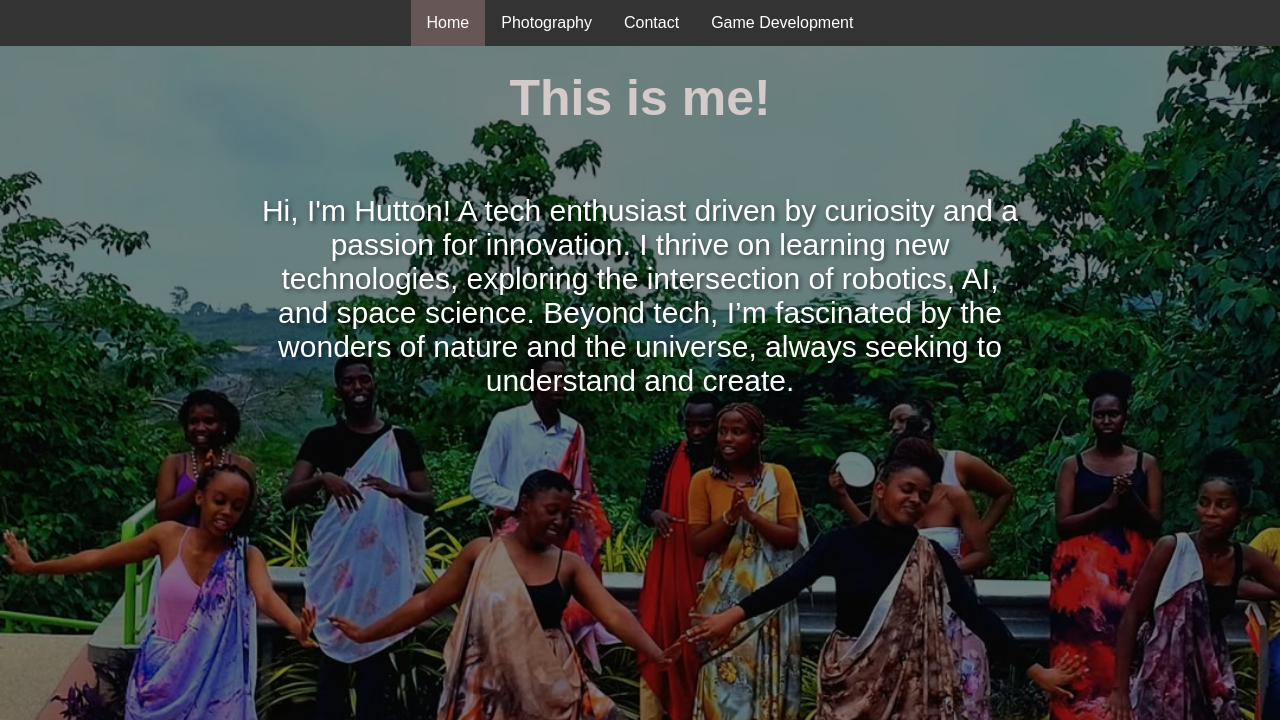
Repository: Argivist/ArgPortfolio
Page: index.html
An editor plug-in stored every save of this project. The page is shown before and after the next save, followed by the edit.
The browser window is 1280 px wide. The pictures show the whole page.

Above is the page before, as saved 2025-03-28 18:43:59.

### index.html
<!DOCTYPE html>
<html lang="en">

<head>
    <meta charset="UTF-8">
    <meta name="viewport" content="width=device-width, initial-scale=1.0">
    <link rel="stylesheet" href="css/styles.css">
    <link rel="stylesheet" href="css/nav.css">
    <link rel="stylesheet" href="css/home.css">

    <title>Hutton Amison-Addy</title>

    <style>
        body{
            background-color: #f0f0f0;
            font-family: 'Arial', sans-serif;
        }
    </style>
</head>

<body>
    <nav>
        <ul>
            <li class="nav-content active active-text"><a href="index.html">Home</a></li>
            <li class="nav-content"><a href="https://www.instagram.com/theworldinoneseye/">Photography</a></li>

            <li class="dropdown nav-content">
                <a href="contact.html">Contact</a>
                <ul class="dropdown-content">
                    <li><a href="https://www.linkedin.com/in/hutton-amison-addy-7b1b3b1b1/">LinkedIn</a></li>
                    <li><a href="https://www.github.com/Argivist">GitHub</a></li>
                    <li><a href="mailto:hutton.amison@ashesi.edu.gh">hutton.amison@ashesi.edu.gh</a></li>
                    <li><a href="mailto:huttonaaddy.public@gmail.com">huttonaaddy.public@gmail.com</a></li>
                </ul>
            </li>

            <li class="dropdown nav-content">
                <a href="#">Game Development</a>
                <ul class="dropdown-content">
                    <li><a href="game/index.html">Game Development Projects</a></li>
                    <li><a href="blender/index.html">Blender</a></li>
                </ul>
            </li>
        </ul>
    </nav>
    <div class="padding">
    </div>
        <div class="overlay">
            <h1>This is me!</h1>
            <p class="desc">
                Hi, I'm Hutton! A tech enthusiast driven by curiosity and a passion for innovation. I thrive on learning new technologies, exploring the intersection of robotics, AI, and space science. Beyond tech, I’m fascinated by the wonders of nature and the universe, always seeking to understand and create.
            </p>
        </div>



</body>

</html>

### css/styles.css
body{
    height: 100%;
    margin: 0;
    padding: 0;
}

 p {
    white-space: pre-line; /* preserves newlines, but collapses extra spaces */
  }

### css/nav.css
/* 1. Define default variables in :root */


/* NAV Content and Dropdown */
.nav-content {
    position: relative;
    display: inline-block;
}

.dropdown {
    position: relative; /* For proper absolute positioning of its child */
    display: inline-block;
}

.dropdown:hover .dropdown-content {
    display: block;
}

.dropdown-content {
    display: none;
    position: absolute; /* This makes it overlay other elements without affecting layout */
    background-color: var(--dropdown-bg);
    min-width: 160px;
    box-shadow: 0px 8px 16px 0px rgba(0,0,0,0.2);
    z-index: 1;
}

/* Nav Stylisation */
nav {
    background-color: var(--nav-bg);
    position: fixed;
    top: 0;
    left: 0;
    width: 100vw;
    z-index: 100;
    display: flex;
    justify-content: center;  /* Centers the nav content horizontally */
    align-items: center;      /* Vertically centers items */
    margin: 0;
    color: var(--nav-link-color);
}

/* Reserve space for the fixed navbar */
.padding {
    height: 35px;  /* Adjust this value to match your navbar's height */
    top: 0;
    left: 0;
    width: 100%;
    bottom: 0;
}

/* Nav List Styles */
nav ul {
    list-style-type: none;
    margin: 0;
    padding: 0;
    display: flex;
}

nav ul li {
    display: inline-block;
    margin: 0;
    text-align: center;
    /* If you want each <li> to match nav’s background: */
    background-color: var(--nav-bg);
}

/* Nav Links */
nav ul li a {
    display: block;
    color: var(--nav-link-color);
    text-align: center;
    padding: 14px 16px;
    text-decoration: none;
}

nav ul li a:hover {
    background-color: var(--nav-link-hover-bg);
    color: var(--nav-link-active-color);
}

/* Optional: Ensure dropdown list items take full width */
.dropdown ul li {
    width: 100%;
}

/* Active link styling */
.active {
    background-color: var(--active-bg);
    /* color: var(--nav-link-active-color); */
    text-decoration: none;
}
/* If .active is on the <li>, target the <a> inside */
.active-text{
    color: var(--nav-link-active-color);
}

### css/home.css
/* Custom Theme variables */
:root {
    --nav-bg: #333;
    --nav-link-color: #fff;
    --nav-link-hover-bg: #111;
    --dropdown-bg: #f9f9f9;
    --active-bg: #675656;
    --body-text-color: #f5c646;      /* General text color */
    --heading-text-color: #d4caca;   /* Headings, if desired */
}


h1 {
    color: var(--heading-text-color);
    font-size: 50px;
    text-align: center;
    /* text-shadow: 2px 2px 5px rgba(0, 0, 0, 0.5); */
}

p {

    color: var(--body-text-color);
    font-size: 30px;
    text-align: center;
    /* text-shadow: 2px 2px 5px rgba(0, 0, 0, 0.5); */
}
.desc{
    color: var(--nav-link-color);
    font-size: 30px;
    text-align: center;
    text-shadow: 2px 2px 5px rgba(0, 0, 0, 0.5);
    /* large gap between left and right edges */
    margin-left: 20%;
    margin-right: 20%;
}

body {
    background-image:url('../img/home.jpeg');
    background-size:cover;    /* Ensures the image covers the whole screen */
    background-repeat: no-repeat;  /* Prevents tiling */
    background-position: center 15%;

    /*  */
    /* background-position: center;   Centers the image */
}
.overlay {
    position: fixed;
    /* top: 0; */
    left: 0;
    width: 100%;
    height: 100%;
    background-color: rgba(0, 0, 0, 0.5); /* Adjust opacity as needed */
    z-index: -1; /* Keeps it behind your content */
}

After the next save:
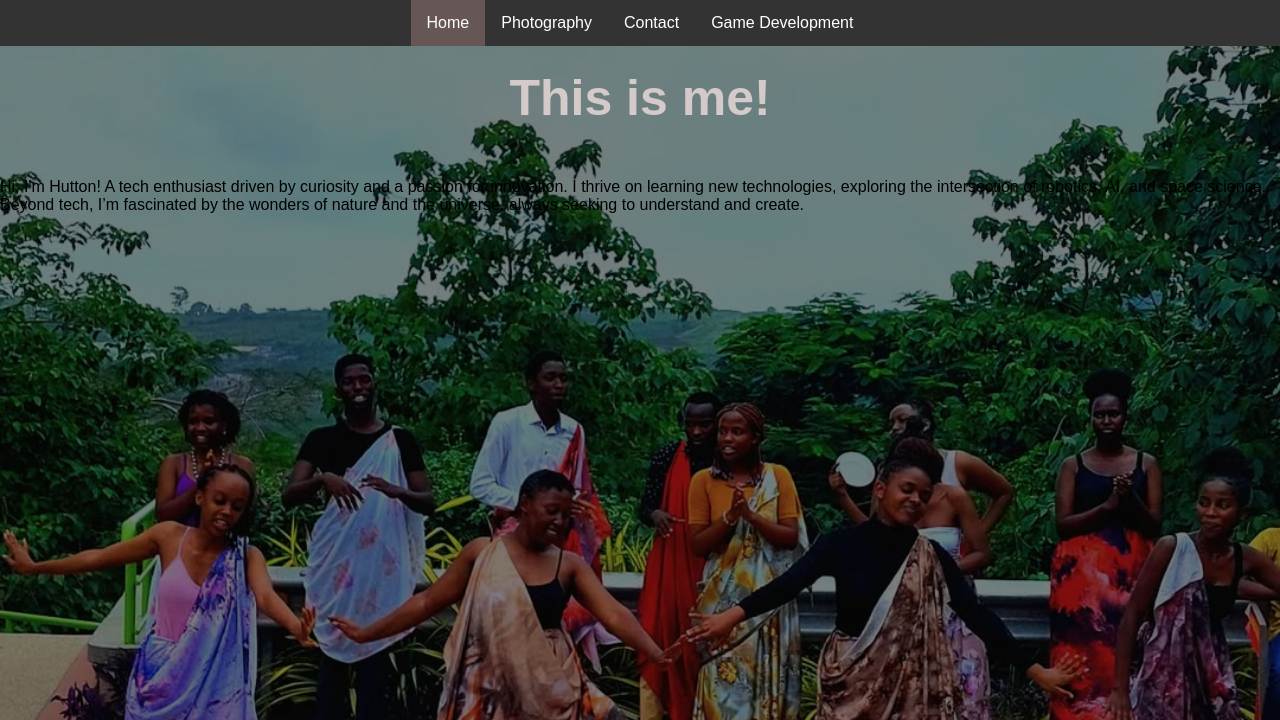
Saved 11 s later.
--- a/css/home.css
+++ b/css/home.css
@@ -17,13 +17,13 @@
     /* text-shadow: 2px 2px 5px rgba(0, 0, 0, 0.5); */
 }
 
-p {
+/* p {
 
     color: var(--body-text-color);
     font-size: 30px;
     text-align: center;
     /* text-shadow: 2px 2px 5px rgba(0, 0, 0, 0.5); */
-}
+} */
 .desc{
     color: var(--nav-link-color);
     font-size: 30px;

After the save that followed:
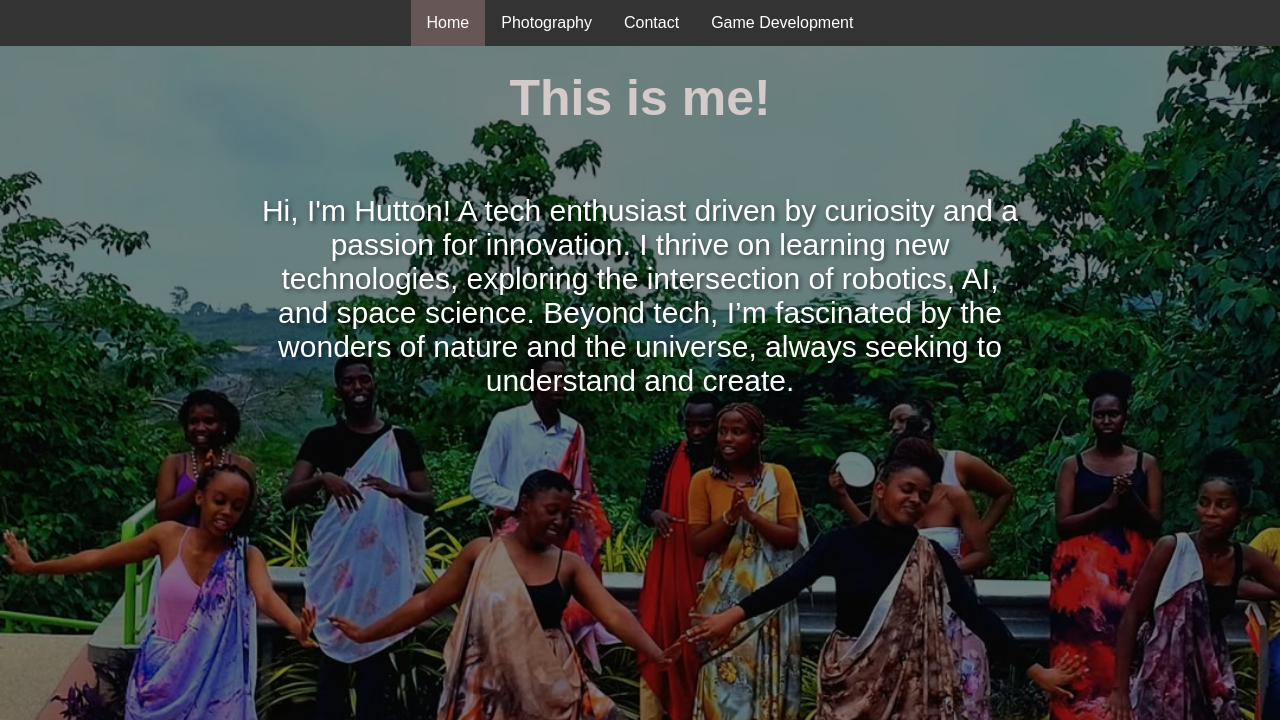
Saved 9 s later.
--- a/css/home.css
+++ b/css/home.css
@@ -23,7 +23,7 @@
     font-size: 30px;
     text-align: center;
     /* text-shadow: 2px 2px 5px rgba(0, 0, 0, 0.5); */
-} */
+/*} */
 .desc{
     color: var(--nav-link-color);
     font-size: 30px;
